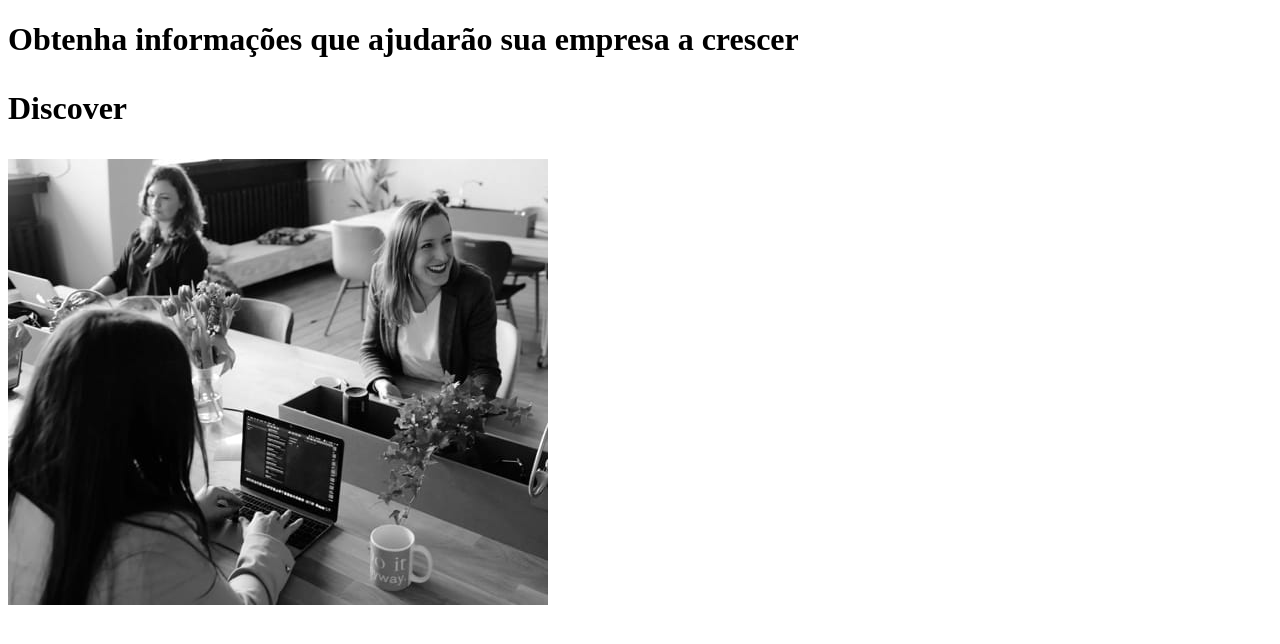
Repository: caique2512/componentes-de-estatisticas
Page: index.html
These files come from the project's save history. The page is drawn as it stood at one moment and after the next save; the edit follows.
The browser window is 1280 px wide. The pictures show the whole page.

Above is the page before, as saved 2026-03-03 16:44:30.

After the next save:
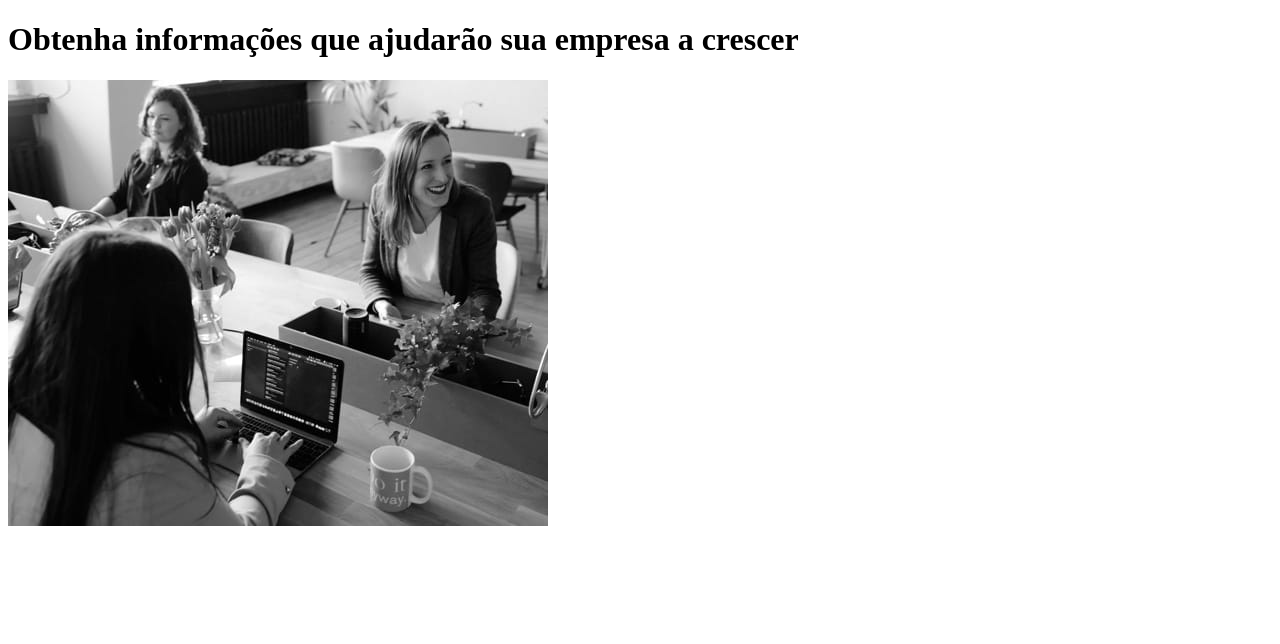
Saved 12 s later.
--- a/index.html
+++ b/index.html
@@ -9,9 +9,7 @@
     <main class="conteudo">
         <div class="conteudo-principal">
             <h1>Obtenha informações que ajudarão sua empresa a crescer<h1>
-            <p>
-                Discover
-            </p>
+
         </div>
         <picture class="img">
             <img src="./images/image-header-desktop.jpg" alt="Mulheres no escritório">
